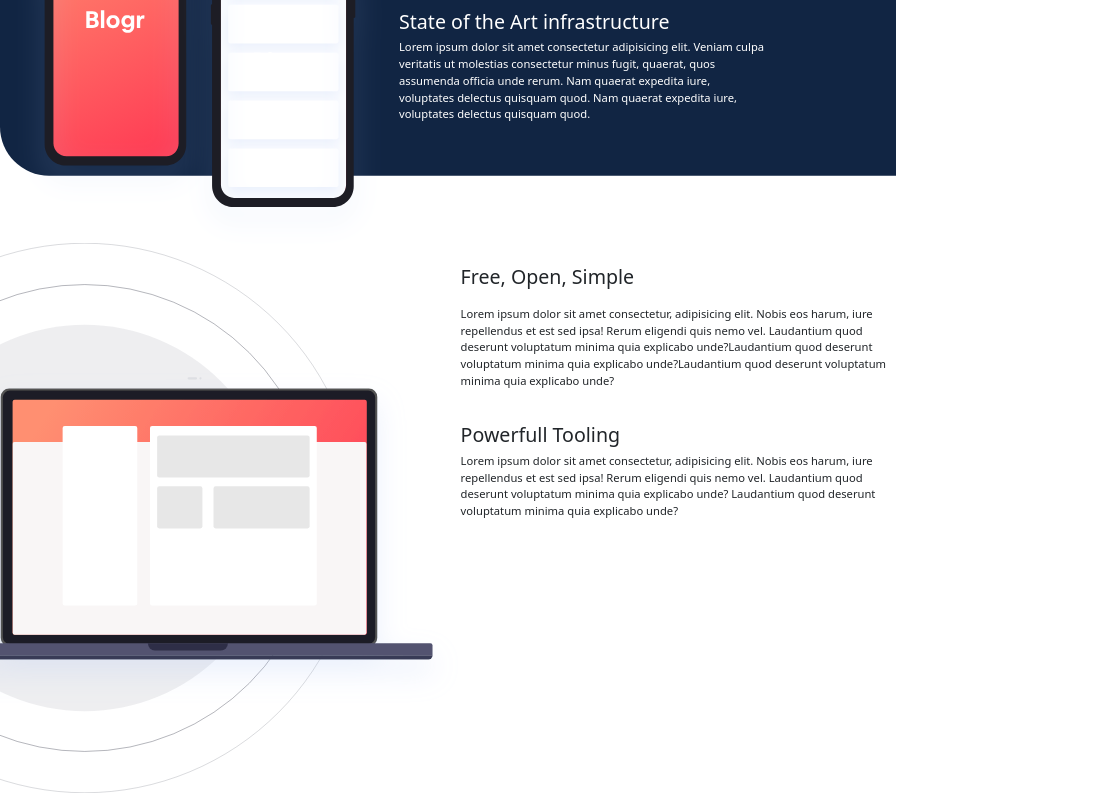
Repository: badhon252/blogr-landing-page
Page: /
These files come from the project's save history. The page is drawn as it stood at one moment and after the next save; the edit follows.
The browser window is 1280 px wide. The page is 1583 px wide, so the pictures cover 1583 px, including what lies to the right of the window. The pictures show the part of the page from y = 1740 to 3300 px (the page is 2873 px tall before and 3300 px after), at 70% of full size.
The project was rebuilt for these pictures with package versions that can differ from the ones it lists, and the page was loaded fresh each time.

Above is the page before, as saved 2022-01-18 21:25:29.

### public/index.html
<!DOCTYPE html>
<html lang="en">

<head>
  <meta charset="utf-8" />
  <link rel="icon" href="%PUBLIC_URL%/favicon.ico" />
  <meta name="viewport" content="width=device-width, initial-scale=1" />
  <meta name="theme-color" content="#000000" />
  <meta name="description" content="Web site created using create-react-app" />
  <link rel="apple-touch-icon" href="%PUBLIC_URL%/logo192.png" />

  <link rel="manifest" href="%PUBLIC_URL%/manifest.json" />
  <!-- Bootstrap css  -->
  <link href="https://cdn.jsdelivr.net/npm/bootstrap@5.1.3/dist/css/bootstrap.min.css" rel="stylesheet"
    integrity="sha384-1BmE4kWBq78iYhFldvKuhfTAU6auU8tT94WrHftjDbrCEXSU1oBoqyl2QvZ6jIW3" crossorigin="anonymous">


  <title>Blogr</title>
</head>

<body>
  <noscript>You need to enable JavaScript to run this app.</noscript>
  <div id="root"></div>

  <!-- Bootstrap js  -->
  <script src="https://cdn.jsdelivr.net/npm/bootstrap@5.1.3/dist/js/bootstrap.bundle.min.js"
    integrity="sha384-ka7Sk0Gln4gmtz2MlQnikT1wXgYsOg+OMhuP+IlRH9sENBO0LRn5q+8nbTov4+1p"
    crossorigin="anonymous"></script>

</body>

</html>

### src/App.js
import Maincomp from "./components/MainComp";

function App() {
  return (
    <div className="App">
      <Maincomp />
    </div>
  );
}

export default App;

### src/components/MainComp.js
import React from "react";
import Fact from "./Facility/Fact";
import Header from "./Header/Header";
import Info from "./Info/Info";
import Intro from "./Intro/Intro";

const Maincomp = () => {
  return (
    <div>
      <Header />
      <Intro />
      <Fact />
      <Info />
    </div>
  );
};

export default Maincomp;

### src/components/Facility/Fact.js
import React from "react";
import phones from "../../images/illustration-phones.svg";
export default function Fact() {
  return (
    <div className=" fact">
      <div className="row container">
        <div className="col-md-6">
          <img className="w-100 fact-img" src={phones} alt="Phone images" />
        </div>
        <div className="col-md-6 py-5 fact-params">
          <h3>State of the Art infrastructure</h3>
          <p>
            Lorem ipsum dolor sit amet consectetur adipisicing elit. Veniam
            culpa veritatis ut molestias consectetur minus fugit, quaerat, quos
            assumenda officia unde rerum. Nam quaerat expedita iure, voluptates
            delectus quisquam quod. Nam quaerat expedita iure, voluptates
            delectus quisquam quod.
          </p>
        </div>
      </div>
    </div>
  );
}

### src/components/Header/Header.js
import React from "react";
import Nav from "./Nav";
import "../styles/index.css";
import HeaderContent from "./HeaderContent";

export default function Header() {
  return (
    <div className="header">
      <div className="container">
        <Nav />
        <HeaderContent />
      </div>
    </div>
  );
}

### src/components/Info/Info.js
import React from "react";
import Logo from "../../images/illustration-laptop-desktop.svg";
import "../styles/index.css";

export default function Info() {
  return (
    <div className="container-fluid">
      <div className="row ms-auto pt-5 mt-5">
        <div className="col-md-6">
          <img
            className=" info-img"
            src={Logo}
            alt="This is MobileLogo svg img"
          ></img>
        </div>
        <div className="col-md-6 info-param">
          <div className=" py-3">
            <h3 className="py-3">Free, Open, Simple</h3>
            <p>
              Lorem ipsum dolor sit amet consectetur, adipisicing elit. Nobis
              eos harum, iure repellendus et est sed ipsa! Rerum eligendi quis
              nemo vel. Laudantium quod deserunt voluptatum minima quia
              explicabo unde?Laudantium quod deserunt voluptatum minima quia
              explicabo unde?Laudantium quod deserunt voluptatum minima quia
              explicabo unde?
            </p>
          </div>
          <div className="py-3">
            <h3>Powerfull Tooling</h3>
            <p>
              Lorem ipsum dolor sit amet consectetur, adipisicing elit. Nobis
              eos harum, iure repellendus et est sed ipsa! Rerum eligendi quis
              nemo vel. Laudantium quod deserunt voluptatum minima quia
              explicabo unde? Laudantium quod deserunt voluptatum minima quia
              explicabo unde?
            </p>
          </div>
        </div>
      </div>
    </div>
  );
}

### src/components/Intro/Intro.js
import React from "react";
import MobileLogo from "../../images/illustration-editor-desktop.svg";
import "../styles/index.css";

export default function Intro() {
  return (
    <div className="container-fluid">
      <div className="row ms-auto pt-5 mt-5">
        <h1 className="intro-h1 py-5">Design for the future</h1>
        <div className="col-md-1"></div>
        <div className="col-md-5">
          <div className=" py-5">
            <h3 className="py-3">Introducing an extensible editor</h3>
            <p>
              Lorem ipsum dolor sit amet consectetur, adipisicing elit. Nobis
              eos harum, iure repellendus et est sed ipsa! Rerum eligendi quis
              nemo vel. Laudantium quod deserunt voluptatum minima quia
              explicabo unde?Laudantium quod deserunt voluptatum minima quia
              explicabo unde?Laudantium quod deserunt voluptatum minima quia
              explicabo unde?
            </p>
          </div>
          <div className="py-5">
            <h3>Robust content management</h3>
            <p>
              Lorem ipsum dolor sit amet consectetur, adipisicing elit. Nobis
              eos harum, iure repellendus et est sed ipsa! Rerum eligendi quis
              nemo vel. Laudantium quod deserunt voluptatum minima quia
              explicabo unde? Laudantium quod deserunt voluptatum minima quia
              explicabo unde?
            </p>
          </div>
        </div>
        <div className="col-md-6 intro-img">
          <img src={MobileLogo} alt="This is MobileLogo svg img"></img>
          <div></div>
        </div>
      </div>
    </div>
  );
}

### src/components/Header/Nav.js
import React from "react";
import "../styles/index.css";
const Nav = () => {
  return (
    <div>
      <nav className="navbar navbar-expand-lg navbar-dark py-5">
        <div className="container-fluid">
          <a className="navbar-brand" href="/">
            <h1>Blogr</h1>
          </a>
          <button
            className="navbar-toggler"
            type="button"
            data-bs-toggle="collapse"
            data-bs-target="#navbarSupportedContent"
            aria-controls="navbarSupportedContent"
            aria-expanded="false"
            aria-label="Toggle navigation"
          >
            <span className="navbar-toggler-icon"></span>
          </button>
          <div className="collapse navbar-collapse" id="navbarSupportedContent">
            <ul className="navbar-nav mb-2 mb-lg-0">
              <li className="nav-item dropdown px-4">
                <a
                  className="nav-link dropdown-toggle"
                  href="/"
                  id="navbarDropdown"
                  role="button"
                  data-bs-toggle="dropdown"
                  aria-expanded="false"
                >
                  Product
                </a>
                <ul className="dropdown-menu" aria-labelledby="navbarDropdown">
                  <li>
                    <a className="dropdown-item" href="/">
                      Action
                    </a>
                  </li>
                  <li>
                    <a className="dropdown-item" href="/">
                      Another action
                    </a>
                  </li>
                  <li>
                    <hr className="dropdown-divider" />
                  </li>
                  <li>
                    <a className="dropdown-item" href="/">
                      Something else here
                    </a>
                  </li>
                </ul>
              </li>{" "}
              <li className="nav-item dropdown px-4">
                <a
                  className="nav-link dropdown-toggle"
                  href="/"
                  id="navbarDropdown"
                  role="button"
                  data-bs-toggle="dropdown"
                  aria-expanded="false"
                >
                  Company
                </a>
                <ul className="dropdown-menu" aria-labelledby="navbarDropdown">
                  <li>
                    <a className="dropdown-item" href="/">
                      Action
                    </a>
                  </li>
                  <li>
                    <a className="dropdown-item" href="/">
                      Another action
                    </a>
                  </li>
                  <li>
                    <hr className="dropdown-divider" />
                  </li>
                  <li>
                    <a className="dropdown-item" href="/">
                      Something else here
                    </a>
                  </li>
                </ul>
              </li>{" "}
              <li className="nav-item dropdown px-4">
                <a
                  className="nav-link dropdown-toggle"
                  href="/"
                  id="navbarDropdown"
                  role="button"
                  data-bs-toggle="dropdown"
                  aria-expanded="false"
                >
                  Connect
                </a>
                <ul className="dropdown-menu" aria-labelledby="navbarDropdown">
                  <li>
                    <a className="dropdown-item" href="/">
                      Action
                    </a>
                  </li>
                  <li>
                    <a className="dropdown-item" href="/">
                      Another action
                    </a>
                  </li>
                  <li>
                    <hr className="dropdown-divider" />
                  </li>
                  <li>
                    <a className="dropdown-item" href="/">
                      Something else here
                    </a>
                  </li>
                </ul>
              </li>
            </ul>
            {/* login & sign-up */}
            <ul className="navbar-nav ms-auto">
              <li className="nav-login">
                <a className="nav-link" href="/">
                  <button type="button" class="btn">
                    Login
                  </button>
                </a>
              </li>{" "}
              <li className="nav-signup">
                <a className="nav-link" href="/">
                  <button type="button" class="btn btn-light">
                    Sign Up
                  </button>
                </a>
              </li>
            </ul>
          </div>
        </div>
      </nav>
    </div>
  );
};

export default Nav;

### src/components/styles/index.css
.header {
  background-color: rgb(255, 70, 70);
  color: rgb(255, 255, 255);
  /* clip-path: circle(73.8% at 63% 38%); */
}
/* .header-nav {
  color: #fff;

} */
/* .singup,
.login {
  color: aliceblue;
} */

.header-param {
  text-align: center;
}
.header-param h1 {
  font-size: 60px;
}
.header-param p {
  font-size: 1.2rem;
}
/* .header-param .h-btn {
  -webkit-border-radius: 28;
  -moz-border-radius: 28;
  border-radius: 28px;
  font-family: Arial;
  color: #000000;
  font-size: 20px;
  background: #f5f5f5;
  padding: 10px 20px 10px 20px;
  text-decoration: none;
} */

/* Intro ======= */
.intro-h1 {
  text-align: center;
}
.intro-img {
  /* max-width: 100%; */
  margin-top: -180px;
}

/* facility ========== */
.fact {
  margin-top: 80px;
  background-color: rgb(17, 37, 67);
  color: white;
  height: 370px;
  border-radius: 0px 70px 0px 70px;
}
.fact-params {
  margin-top: 85px;
}
.fact-img {
  margin-top: -75px;
}

/* info =========== */
.info-img {
  margin-left: -295px;
  min-width: 100%;
}

### src/components/Header/HeaderContent.js
import React from "react";
import "../styles/index.css";
export default function HeaderContent() {
  return (
    <div>
      <div className="py-5 header-param">
        <h1 className="">A modern publishing platform</h1>
        <p className="header-p py-3 ">
          Grow your audience and build your online brand
        </p>
        {/* btn  */}
        <div className="px-5 py-5">
          <button type="button" class="btn btn-lg btn-light me-3 my-3">
            Start for free
          </button>
          <button type="button" class="btn btn-lg btn-outline-dark">
            Learn more
          </button>
        </div>
      </div>
    </div>
  );
}

Loaded but not shown: src/index.js (common file); src/reportWebVitals.js (common file)

After the next save:
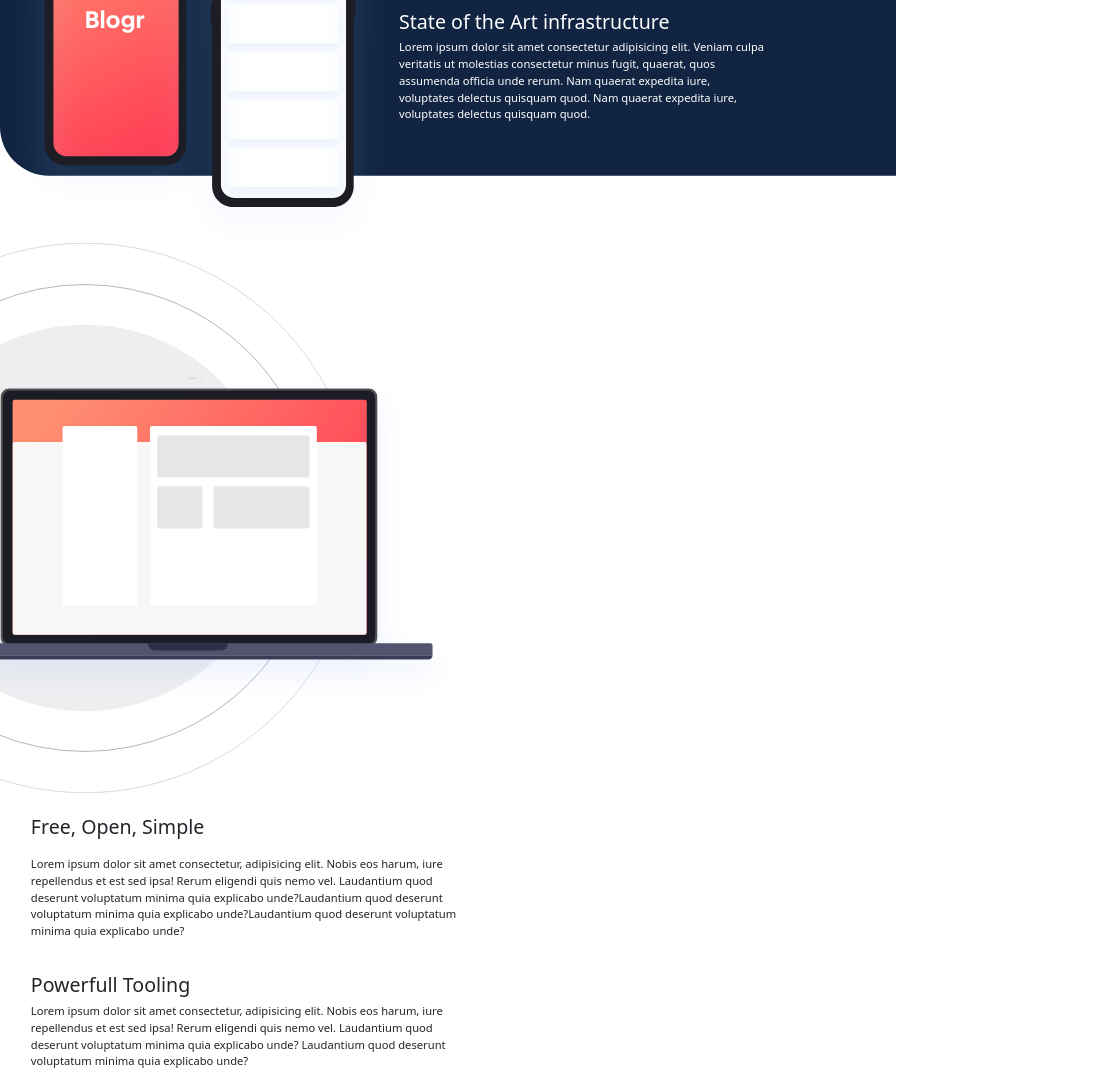
Saved 38 s later.
--- a/src/components/styles/index.css
+++ b/src/components/styles/index.css
@@ -62,3 +62,6 @@
   margin-left: -295px;
   min-width: 100%;
 }
+.info-param {
+  margin: auto 20px;
+}
